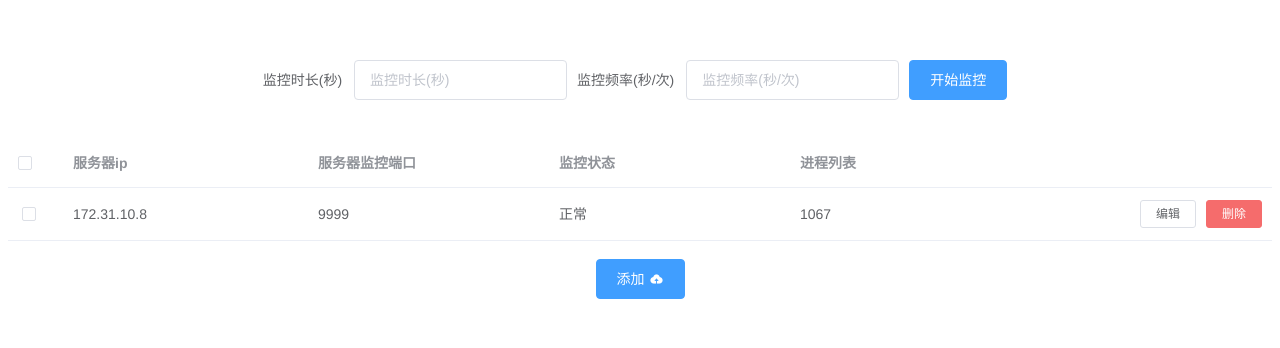
Repository: jiuceng1/monitor
Page: /#/show (app in nmonvue/)
An editor plug-in stored every save of this project. The page is shown before and after the next save, followed by the edit.
The browser window is 1280 px wide. The pictures show the whole page.
The project was rebuilt for these pictures with package versions that can differ from the ones it lists, and the page was loaded fresh each time. Also part of the build but not shown: nmonvue/src/components/HelloWorld.vue.

Above is the page before, as saved 2022-01-13 16:57:30.

After the next save:
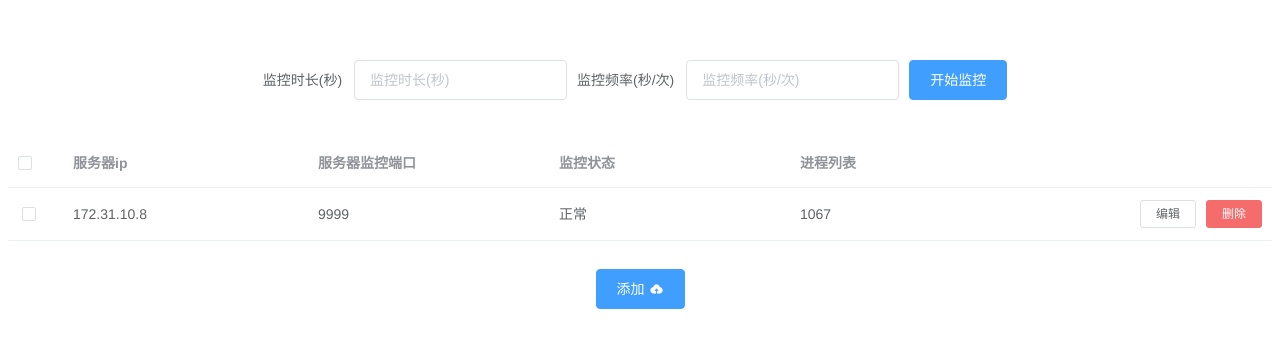
Saved 4 min 30 s later.
--- a/nmonvue/src/view/show.vue
+++ b/nmonvue/src/view/show.vue
@@ -50,7 +50,9 @@
     </el-table-column>
   </el-table>
   <br/>
+  <div style="margin:10px">
   <el-button type="primary" @click="showEnable=true">添加<i class="el-icon-upload el-icon--right"></i></el-button>
+  </div>
   <el-dialog title="添加服务器" :visible.sync="showEnable">
   <el-form :model="form">
     <el-form-item label="服务器ip" :label-width="formLabelWidth">
